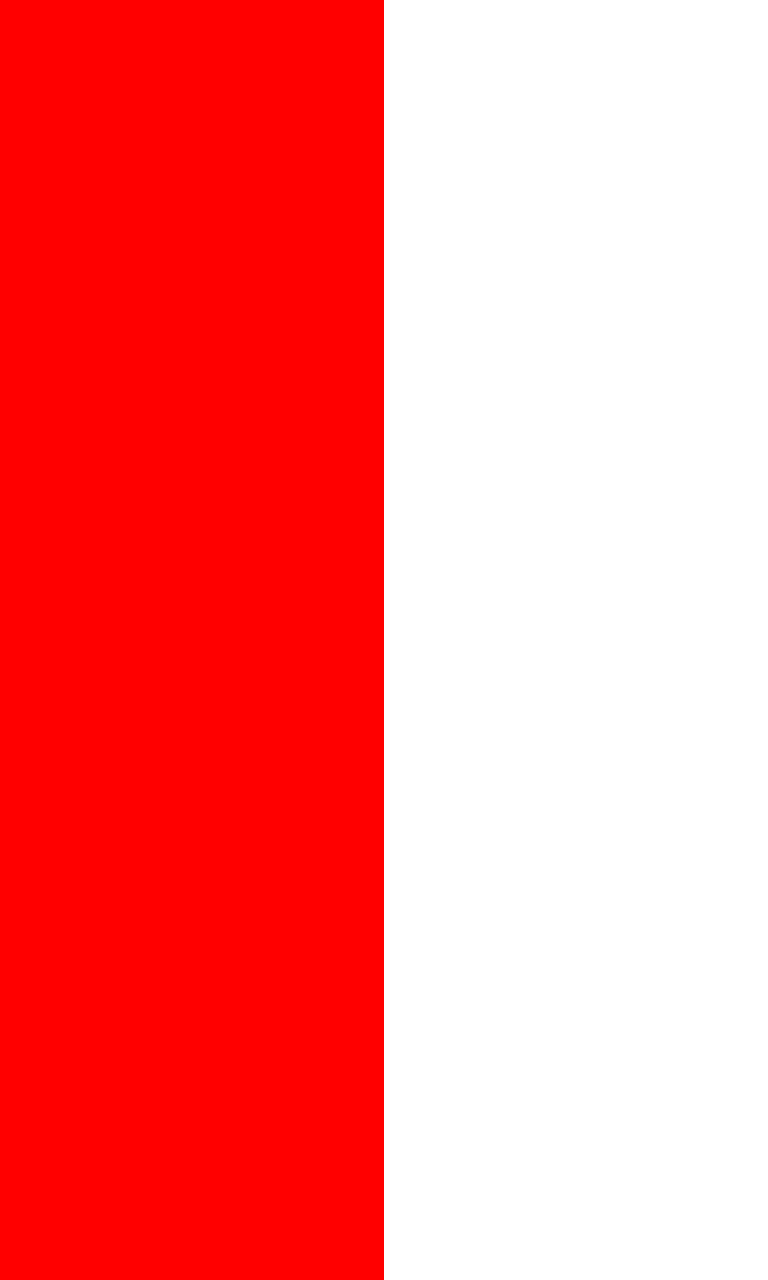
Repository: simplesns/workspace
Layout: eclipse/DEPuzzles/res/layout/ui_customprogressbar.xml
These files come from the project's save history. The layout is drawn as it stood at one moment and after the next save; the edit follows.
It is drawn on a 768 x 1280 px phone screen (xhdpi) without system bars, with theme android:Theme; the app's code is not run.

Above is the layout before, as saved 2011-01-20 04:54:37.

After the next save:
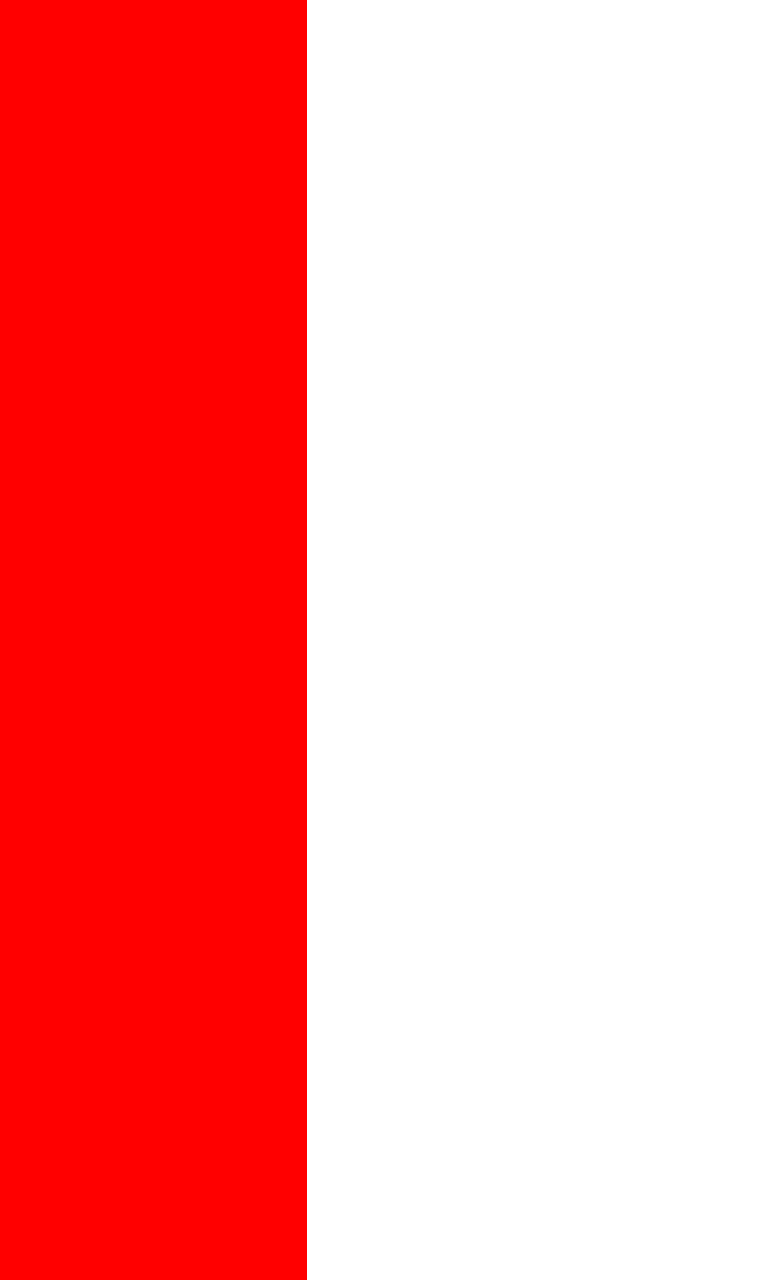
Saved 17 s later.
--- a/eclipse/DEPuzzles/res/layout/ui_customprogressbar.xml
+++ b/eclipse/DEPuzzles/res/layout/ui_customprogressbar.xml
@@ -2,6 +2,6 @@
 <LinearLayout
   xmlns:android="http://schemas.android.com/apk/res/android"
   android:layout_width="fill_parent" android:layout_height="20dip">
-<LinearLayout android:id="@+id/LinearLayout01" android:layout_width="wrap_content" android:layout_weight="1" android:layout_height="fill_parent" android:background="#FFFF0000"></LinearLayout>
-<LinearLayout android:id="@+id/LinearLayout02" android:layout_width="wrap_content" android:layout_weight="1" android:background="#FFFFFFFF" android:layout_height="fill_parent"></LinearLayout>
+<LinearLayout android:id="@+id/LinearLayout01" android:layout_width="wrap_content" android:layout_height="fill_parent" android:background="#FFFF0000" android:layout_weight="40"></LinearLayout>
+<LinearLayout android:id="@+id/LinearLayout02" android:layout_width="wrap_content" android:background="#FFFFFFFF" android:layout_height="fill_parent" android:layout_weight="60"></LinearLayout>
 </LinearLayout>
